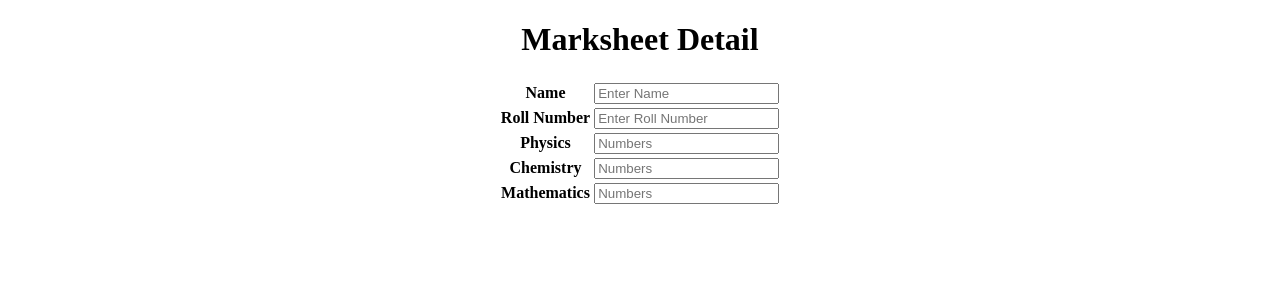
Repository: Abhi070717/Advance-Java
Page: http://localhost/Marksheet-Web-Project/MarksheetDetailsView.jsp
An editor plug-in stored every save of this project. The page is shown before and after the next save, followed by the edit.
The browser window is 1280 px wide. The pictures show the whole page.
The page is served by Tomcat 9.

Above is the page before, as saved 2026-01-24 12:00:53.

After the next save:
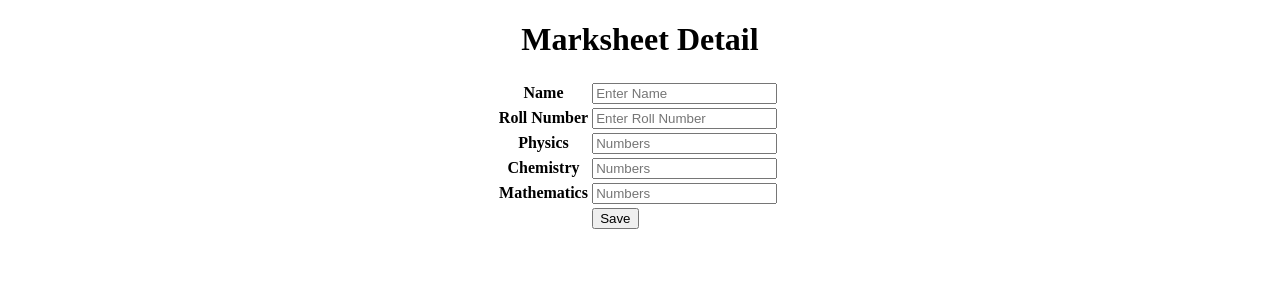
Saved 110 s later.
--- a/Jsp-servlet/Marksheet-Web-Project/WebContent/MarksheetDetailsView.jsp
+++ b/Jsp-servlet/Marksheet-Web-Project/WebContent/MarksheetDetailsView.jsp
@@ -36,6 +36,11 @@
 					<td><input type="Number" name="Maths" value=""
 						placeholder="Numbers"></td>
 				</tr>
+				<tr>
+					<th></th>
+					<td><input type="Submit" name="operation" value="Save"></td>
+					<td></td>
+				</tr>
 			</table>
 		</form>
 
